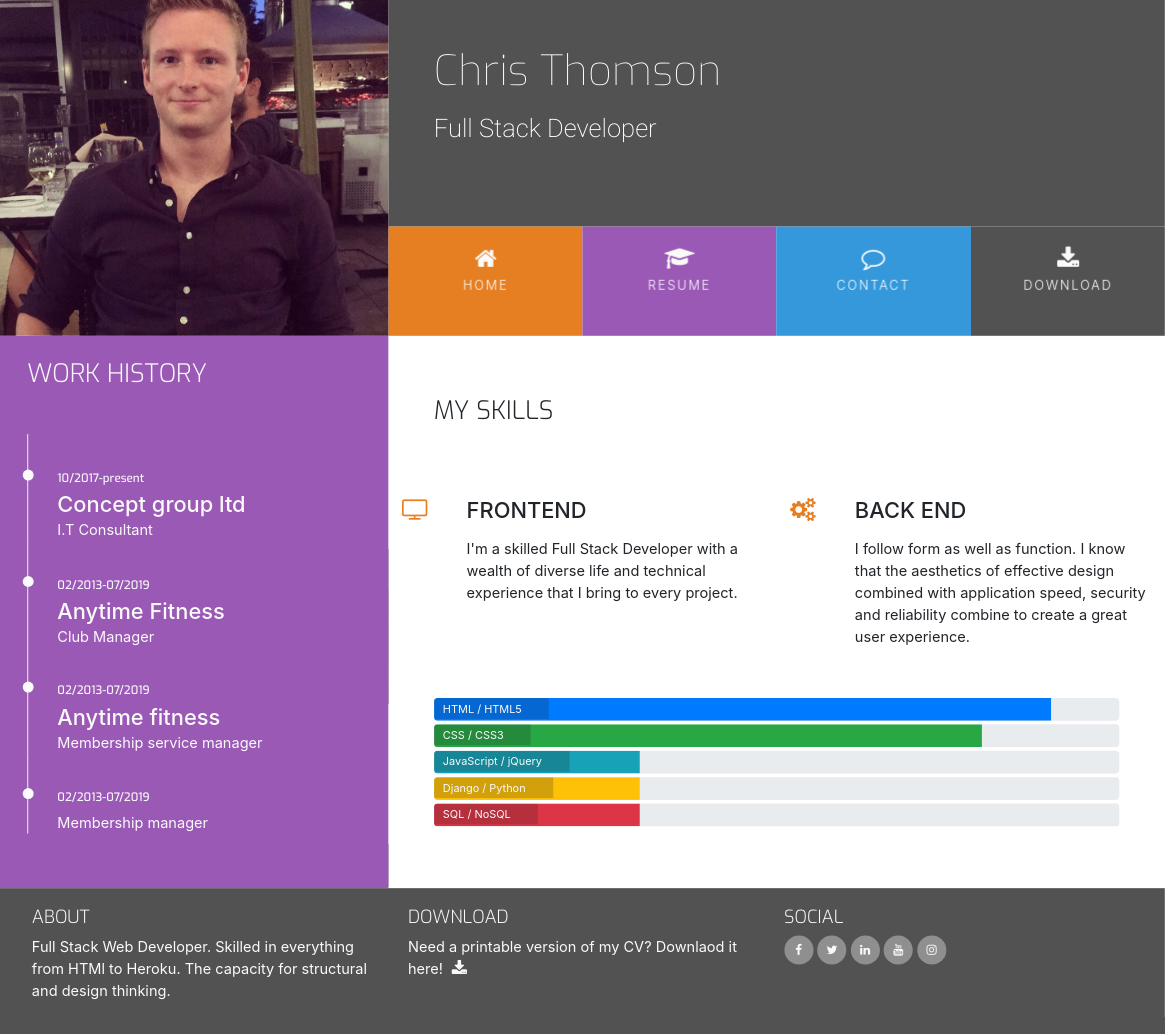
Repository: cthoms1993/Resume
Page: resume.html
The author's editor kept a record of every edit. The page is drawn from the files as they stood at one moment, then again after the next edit.
The browser window is 1280 px wide. The pictures show the whole page, at 91% of full size.

Above is the page before.

### resume.html
<!DOCTYPE html>
<html lang="en-us">

<head>
    <meta charset="UTF-8">
    <meta name="viewport" content="width=device-width, initial-scale=1.0">
    <meta http-equiv="X-UA-Compatible" content="ie=edge">
    <link rel="stylesheet" href="https://stackpath.bootstrapcdn.com/bootstrap/4.3.1/css/bootstrap.min.css" type="text/css" />
    <link rel="stylesheet" href="https://stackpath.bootstrapcdn.com/font-awesome/4.7.0/css/font-awesome.min.css" type="text/css" />
    <link rel="stylesheet" href="https://cdnjs.cloudflare.com/ajax/libs/hover.css/2.3.1/css/hover-min.css" type="text/css" />
    <link rel="stylesheet" href="assets/css/style.css" type="text/css" />
    <title>Chris Thomson Resume</title>

</head>

<body>
    <header>
        <div class="row no-gutters">
            <a href="index.html" class="col-md-4 logo">

            </a>
            <div class="col-md-8">
                <div class="row no-gutters bg-color-name-title">
                    <div class="col heading">
                        <h1 class="name">Chris Thomson</h1>
                        <h2 class="title">Full Stack Developer</h2>
                    </div>
                </div>
                <div class="row no-gutters">
                    <div class="col">
                        <ul class="nav" class="list-inline menucontainer">
                            <li class="col-6 col-sm-3 ui-menu-color-home list-inline-item menuitem">
                                <a href="index.html" class="hvr-sweep-to-bottom"><i class="fa fa-home" aria-hidden="true"></i><span>Home</span></a>
                            </li>
                            <li class="col-6 col-sm-3 ui-menu-color-resume list-inline-item menuitem">
                                <a href="resume.html" class="hvr-sweep-to-bottom"><i class="fa fa-graduation-cap" aria-hidden="true"></i><span>Resume</span></a>
                            </li>
                            <li class="col-6 col-sm-3 ui-menu-color-contact list-inline-item menuitem">
                                <a href="contact.html" class="hvr-sweep-to-bottom"><i class="fa fa-comment-o" aria-hidden="true"></i><span>Contact</span></a>
                                <li class="col-6 col-sm-3 ui-menu-color-download list-inline-item menuitem">
                                    <a href="assets/cv/sample-cv.pdf" target="_blank" class="hvr-sweep-to-bottom"><i class="fa fa-download" aria-hidden="true"></i><span>Download</span></a>
                                </li>
                            </li>
                        </ul>
                    </div>
                </div>
            </div>
        </div>

    </header>
    <section class="container-fluid">
        <div class="row">
            <div class="col-md-4 bg-color-work-history section-column">
                <div class="row">
                    <div class="col-12">
                        <h3 class="history-heading uppercase">Work History</h3>
                    </div>
                </div>
                <div class="history-items">
                    <div class="timeline-item" data-dates="10/2017-present">
                        <h4>Concept group ltd</h4>
                        <p>I.T Consultant</p>
                    </div>
                    <div class="timeline-item" data-dates="02/2013-07/2019">
                        <h4>Anytime Fitness</h4>
                        <p>Club Manager</p>
                    </div>
                    <div class="timeline-item" data-dates="02/2013-07/2019">
                        <h4>Anytime fitness</h4>
                        <p>Membership service manager</p>
                    </div>
                    <div class="timeline-item" data-dates="02/2013-07/2019">
                        <h4></h4>
                        <p>Membership manager</p>
                    </div>
                </div>
            </div>
            <div class="col-md-8 bg-color-three-reasons">
                <div class="row progress-section">
                    <div class="col">
                        <h3 class="section-heading uppercase">My skills</h3>
                    </div>
                </div>
                <div class="row">
                    <div class="col-10 offset-1 offset-sm-0 col-sm-4 col-md-6">
                        <div class="row">
                            <div class="col-2">
                                <i class="three-reasons-icon fa fa-tv" arai-hidden="true"></i>
                            </div>
                            <div class="col-10">
                                <h4 class="three-reasons-heading uppercase">Frontend</h4>
                                <p>I'm a skilled Full Stack Developer with a wealth of diverse life and technical experience that I bring to every project.</p>
                            </div>
                        </div>
                    </div>
                    <div class="col-10 offset-1 offset-sm-0 col-sm-4 col-md-6">
                        <div class="row">
                            <div class="col-2">
                                <i class="three-reasons-icon fa fa-gears" arai-hidden="true"></i>
                            </div>
                            <div class="col-10">
                                <h4 class="three-reasons-heading uppercase">Back End</h4>
                                <p>I follow form as well as function. I know that the aesthetics of effective design combined with application speed, security and reliability combine to create a great user experience.
                                </p>
                            </div>
                        </div>
                    </div>
                </div>
                <div class="row progress-section">
                    <div class="col">
                        <div class="progress">
                            <div class="progress-bar" role="progressbar" aria-valuenow="90" aria-valuemin="0" aria-valuemax="100" style="width:90%;">
                                <span class="sr-only">90% complete</span>
                            </div>
                            <span class="progress-type">HTML / HTML5</span>
                        </div>
                        <div class="progress">
                            <div class="progress-bar bg-success" role="progressbar" aria-valuenow="80" aria-valuemin="0" aria-valuemax="100" style="width:80%;">
                                <span class="sr-only">90% complete</span>
                            </div>
                            <span class="progress-type">CSS / CSS3</span>
                        </div>
                        <div class="progress">
                            <div class="progress-bar bg-info" role="progressbar" aria-valuenow="70" aria-valuemin="0" aria-valuemax="100" style="width:30%;">
                                <span class="sr-only">30% complete</span>
                            </div>
                            <span class="progress-type">JavaScript / jQuery</span>
                        </div>
                        <div class="progress">
                            <div class="progress-bar bg-warning" role="progressbar" aria-valuenow="80" aria-valuemin="0" aria-valuemax="100" style="width:30%;">
                                <span class="sr-only">30% complete</span>
                            </div>
                            <span class="progress-type">Django / Python</span>
                        </div>
                        <div class="progress">
                            <div class="progress-bar bg-danger" role="progressbar" aria-valuenow="80" aria-valuemin="0" aria-valuemax="100" style="width:30%;">
                                <span class="sr-only">30% complete</span>
                            </div>
                            <span class="progress-type">SQL / NoSQL</span>
                        </div>
                    </div>
                </div>
            </div>
        </div>
    </section>
    <footer class="container-fluid">
        <div id="footer-details" class="row">
            <div class="col-sm-4">
                <h5 class="uppercase general-sub">About</h5>
                <p class="inline-block">Full Stack Web Developer. Skilled in everything from HTMl to Heroku. The capacity for structural and design thinking.</p>
            </div>
            <div class="col-sm-4">
                <h5 class="uppercase general-sub">Download</h5>
                <p class="inline-block">Need a printable version of my CV? Downlaod it here!
                    <a href="assets/cv/sample-cv.pdf" target="_blank" class="cv-pdf">
                    <i class="fa fa-download" aria-hidden="true"></i>
                    <span class="sr-only">Download link.</span>
                </a>
                </p>
            </div>
            <div class="col-sm-4">
                <h5 class="uppercase general-sub">Social</h5>
                <ul class="list-inline social-links">
                    <li class="list-inline-item">
                        <a target="_blank" href="#">
                            <i class="fa fa-facebook" aria-hidden="true">
                            <span class="sr-only">Facebook</span></i>
                        </a>
                    </li>
                    <li class="list-inline-item">
                        <a target="_blank" href="#">
                            <i class="fa fa-twitter" aria-hidden="true"></i>
                            <span class="sr-only">Twitter</span>
                        </a>
                    </li>
                    <li class="list-inline-item">
                        <a target="_blank" href="#">
                            <i class="fa fa-linkedin" aria-hidden="true"></i>
                            <span class="sr-only">Linkedin</span>
                        </a>
                    </li>
                    <li class="list-inline-item">
                        <a target="_blank" href="#">
                            <i class="fa fa-youtube" aria-hidden="true"></i>
                            <span class="sr-only">Youtube</span>
                        </a>
                    </li>
                    <li class="list-inline-item">
                        <a target="_blank" href="#">
                            <i class="fa fa-instagram" aria-hidden="true"></i>
                            <span class="sr-only">Instagram</span>
                        </a>
                    </li>
                </ul>
            </div>
    </footer>

</body>

</html>

### assets/css/style.css
@import url('https://fonts.googleapis.com/css?family=Roboto:100,200,300,400,500,600,700|Exo:100,200,300,400,500,600,700');

/*--------------------------------------------Colors*/

.bg-color-name-title {
    background-color: #525252;
}

.bg-color-three-reasons {
    background-color: #fff;
}

.bg-color-personal-info {
    background-color: #f4f4f4;
}

.bg-color-work-history {
    background-color: #9b59b6;
}

.bg-color-contact {
    background-color: #fff;
}

.ui-menu-color-home {
    background-color: #e67e22;
}

.ui-menu-color-resume {
    background-color: #9b59b6;
}

.ui-menu-color-contact {
    background-color: #3498db;
}

.ui-menu-color-download {
    background-color: #525252;
}

.row-table {
    display: table;
}

.section-column {
    display: table-cell;
    padding: 0 30px 30px;
    float: none;
}

.section-heading {
    font-family: "Exo", sans-serif;
    font-weight: 300;
    margin-top: 25px;
    margin-bottom: 40px;
}

/* ----------------------------------------Special paddings/margins/text */

h1,
h2,
h3,
h4 {
    margin: 0;
}

.uppercase {
    text-transform: uppercase;
}

.general-sub {
    font-family: "Exo", sans-serif;
    font-weight: 300;
    color: #fafafa;
}

.inline-block {
    display: inline-block;
}

.row-table {
    display: table;
}

.section-column {
    display: table-cell;
    padding: 0 30px 30px;
    float: none;
}

.history-heading,
.section-heading {
    font-family: "Exo", sans-serif;
    font-weight: 300;
    margin-top: 25px;
    margin-bottom: 40px;
}

/*--------------------------------------------Heading*/

header {
    margin: 0;
}

.heading {
    margin-left: 50px;
}

.logo {
    background: url("../images/me.jpg");
    background-position: center;
    background-repeat: no-repeat;
    background-size: cover;
    min-height: 360px;
    transition: all .5s ease-in-out;
    -moz-transition: all .5s ease-in-out;
    -webkit-transition: all .5s ease-in-out;
}

.name {
    font-family: "Exo", sans-serif;
    font-weight: 100;
    font-size: 46px;
    margin-top: 50px;
    color: #fff;
}

.title {
    font-family: "Roboto", sans-serif;
    font-weight: 200;
    font-size: 28px;
    margin-top: 20px;
    margin-bottom: 90px;
    color: #fff;
}

.list-inline-item:not(:last-child) {
    margin: 0;
}

.menucontainer {
    font-size: 0;
}

#nav li {
    font-size: 14px;
    padding: 0;
}

#nav {
    margin: 0;
}

.menuitem {
    height: 120px;
    text-align: center;
    padding: 0;
}

.menuitem a {
    width: 100%;
    text-decoration: none;
    color: #fff;
    height: 120px;
}

.menuitem a i {
    padding-top: 22px;
    display: block;
    color: #fafafa;
    font-size: 26px;
}

.menuitem span {
    display: block;
    width: 100%;
    padding-top: 5px;
    text-align: center;
    text-transform: uppercase;
    font-size: 14px;
    font-weight: 300;
    letter-spacing: 2px;
}

/*--------------------------------------------Hover.css*/

.hvr-sweep-to-bottom:before {
    background: rgba(0, 0, 0, 0.2);
    height: 120px;
}

/* ----------------------------------------Footer */

footer {
    background-color: #525252;
    color: #fafafa;
    min-height: 120px;
    margin: 0;
}

.cv-pdf i {
    font-size: 18px;
    color: #fafafa;
    text-align: center;
    padding-left: 5px;
    transition: all 0.35s ease-in-out;
    -moz-transition: all 0.35s ease-in-out;
    -webkit-transition: all 0.35s ease-in-out;
    -o-transition: all 0.35s ease-in-out;
}

.cv-pdf i:hover {
    color: #e84610;
}

.social-links {
    padding-bottom: 15px;
}

.social-links li a i {
    width: 32px;
    height: 32px;
    padding: 12px 0;
    border-radius: 50%;
    font-size: 13px;
    line-height: 7px;
    text-align: center;
    color: #fafafa;
    background: #8f8f8f;
    transition: all 0.35s ease-in-out;
    -moz-transition: all 0.35s ease-in-out;
    -webkit-transition: all 0.35s ease-in-out;
    -o-transition: all 0.35s ease-in-out;
}

.social-links li a i:hover {
    background: #e84610;
}

#footer-details {
    padding: 20px;
}

/* ----------------------------------------Three Reasons */

.three-reasons-icon {
    font-size: 26px;
    color: #e67e22;
}

.three-reasons-heading {
    margin-bottom: 15px;
}

/* ----------------------------------------Personal Info */

.personal-info-item {
    margin-bottom: 20px;
    display: block;
    clear: both;
}

.personal-info-item .key,
.personal-info-item .value {
    padding-right: 8px;
    display: inline-block;
}

.personal-info-item .key p,
.personal-info-item .value p {
    margin: 0;
}

.personal-info-item .key {
    width: 30%;
    margin-right: 21px;
    padding-top: 2px;
    vertical-align: top;
}

.personal-info-item .key p {
    font-weight: 700;
}

.personal-info-item .value {
    position: relative;
    width: 60%;
}

/* ----------------------------------------Skills */

.progress {
    position: relative;
    height: 25px;
    margin-bottom: 4px;
}

.progress-type {
    position: absolute;
    left: 0px;
    font-weight: 400;
    padding: 3px 30px 2px 10px;
    color: #fafafa;
    background-color: rgba(25, 25, 25, 0.2);
}

.progress-section {
    margin: 40px 20px;
}

/* ----------------------------------------Work History */

.history-heading {
    color: #fafafa;
    margin-bottom: 50px;
}

.timeline-item {
    padding: 4em 2em 0em 2em;
    position: relative;
    color: #fafafa;
    border-left: 1px solid;
}

.timeline-item p {
    padding: 0;
    margin: 0;
}

.timeline-item:before {
    content: attr(data-dates);
    position: absolute;
    left: 2.5em;
    top: 3em;
    display: block;
    font-family: "Exo", sans-serif;
    font-weight: 500;
    font-size: 0.8em;
    padding: 0;
    margin: 0;
}

.timeline-item:after {
    width: 12px;
    height: 12px;
    display: block;
    top: 2.4em;
    position: absolute;
    left: -6px;
    border-radius: 12px;
    content: '';
    background: #fafafa;
}

.history-items {
    margin-bottom: 30px;
}

/* ----------------------------------------contact form*/

.contact-heading {
    font-family: "exo", sans-serif;
    font-weight: 300px;
    margin-top: 25px;
    margin-bottom: 20px;
}

.center-form {
    padding: 10px;
    margin: 0 auto;
    max-width: 70%;
}

button[type="submit"] {
    margin-top: 15px;
    marging-bottom: 20px;
    color: #fafafa;
    background-color: #e64610;
}

/* ----------------------------------------media Queries*/

@media(min-width:992px){

    .center-form {
    padding: 30px;
    min-height:240px;
    margin: 0 auto;
    max-width: 50%;
}

}

After the next edit:
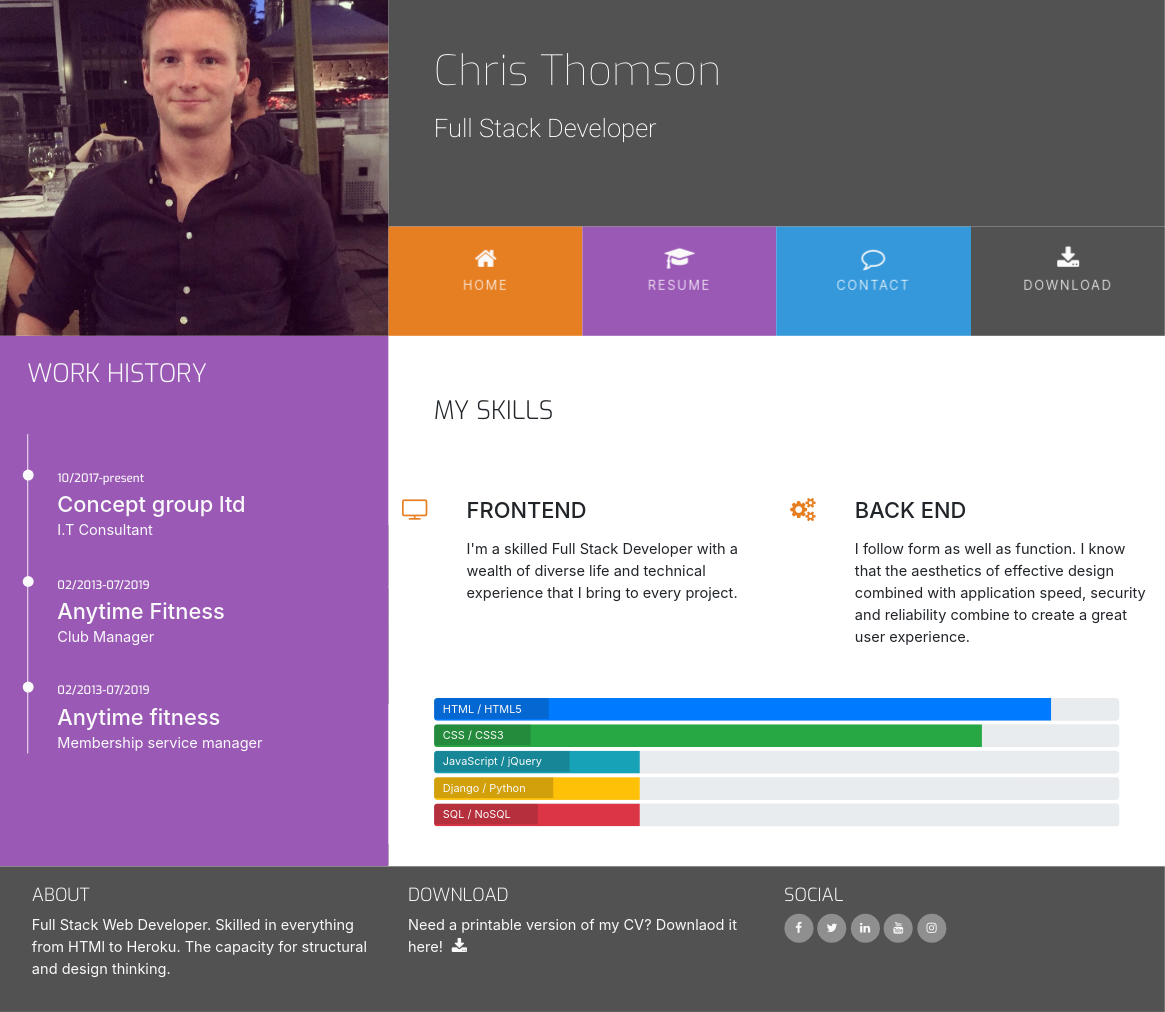
The edit:
--- a/resume.html
+++ b/resume.html
@@ -69,10 +69,7 @@
                         <h4>Anytime fitness</h4>
                         <p>Membership service manager</p>
                     </div>
-                    <div class="timeline-item" data-dates="02/2013-07/2019">
-                        <h4></h4>
-                        <p>Membership manager</p>
-                    </div>
+
                 </div>
             </div>
             <div class="col-md-8 bg-color-three-reasons">
